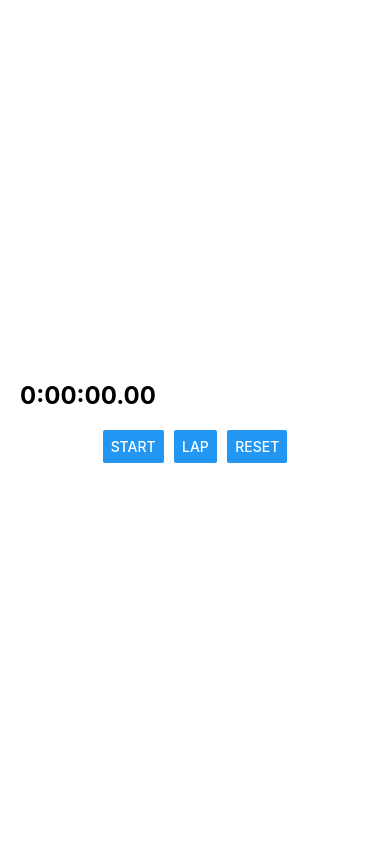
Repository: Shopify/eng-intern-assessment-react-native
Screen: /
The author's editor kept a copy of each file at every save. The screen is drawn from the files as they stood at one save, then again after the next save.
The app was drawn by React Native's web renderer in a window 390 px wide. The project was rebuilt for these pictures with package versions that can differ from the ones it lists, and the page was loaded fresh each time.

Above is the screen before, as saved 2024-01-13 12:38:10.

After the next save:
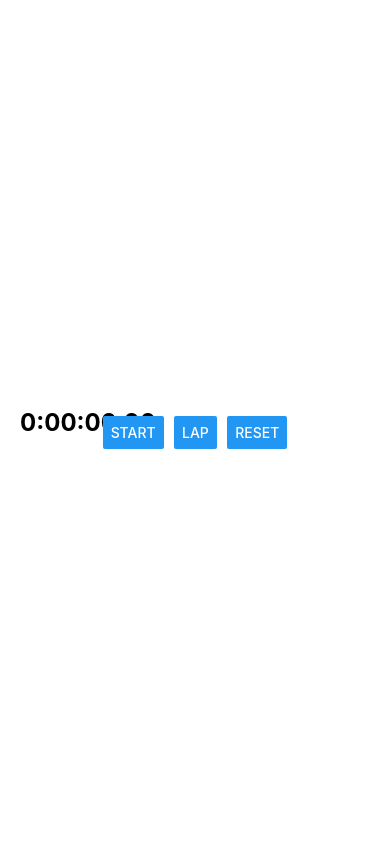
Saved 6 s later.
--- a/src/StopWatch.tsx
+++ b/src/StopWatch.tsx
@@ -76,6 +76,10 @@ const styles = StyleSheet.create({
     // Instead of minWidth, we'll use width here to ensure the container size is fixed.
     width: 350, // This width should be the same or greater than the widest possible time string.
     alignItems: 'flex-start', // This will center the text horizontally within the container.
+    position: "absolute",
+    top: "50%",
+    left: "50%",
+    transform: "translate(-50%, -50%)",
     justifyContent: 'center', // This will center the text vertically within the container.
   },
   timerText: {
